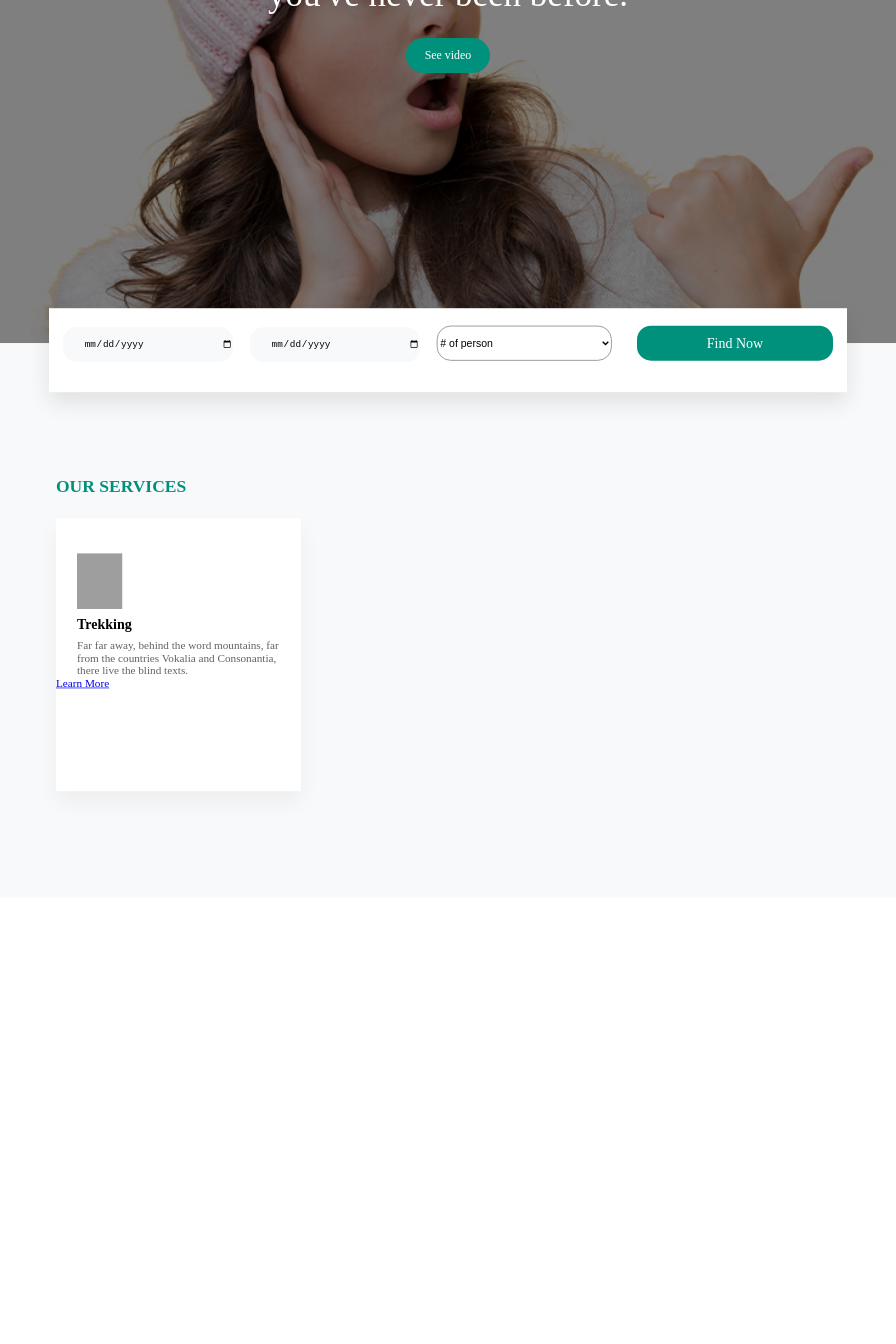
Repository: nhutduy0803/template1
Page: index.html
These files come from the project's save history. The page is drawn as it stood at one moment and after the next save; the edit follows.
The browser window is 1280 px wide. The pictures show the part of the page from y = 446 to 2366 px (the page is 5000 px tall), at 70% of full size.
Pictures or frames that could not be fetched are drawn as grey boxes.

Above is the page before, as saved 2021-11-28 13:17:35.

### index.html
<!DOCTYPE html>
<html lang="en">
  <head>
    <meta charset="UTF-8" />
    <meta http-equiv="X-UA-Compatible" content="IE=edge" />
    <meta name="viewport" content="width=device-width, initial-scale=1.0" />
    <title>TEMPLATE</title>
    <link rel="stylesheet" href="./assets/css/style.css" />
    <link
      rel="stylesheet"
      href="./assets/css/font/fontawesome-free-5.15.4-web/css/all.min.css"
    />
  </head>
  <body>
    <div id="main">
      <div class="slider">
        <div class="header">
          <h2>Hotell</h2>
          <div class="nav">
            <ul>
              <li>Home</li>
              <li>
                Destination
                <i class="fas fa-chevron-down"></i>
                <div class="subnav-one">
                  <ul class="sub-nav">
                    <span>Menu one</span>
                    <span>Menu two</span>
                    <span
                      >Dropdown <i class="fas fa-angle-right"></i>
                      <ul class="sub-nav-two">
                        <span>Menu one</span>
                        <span>Menu two</span>
                        <span>Menu three</span>
                      </ul>
                    </span>
                  </ul>
                </div>
              </li>
              <li>Services</li>
              <li>About</li>
              <li>Contact</li>
            </ul>
            <h3><i class="fas fa-phone-alt"></i> 123 489 9381</h3>
            <p>Once a year go someplace <br />you've never been before.</p>
            <a class="seevideo" href="#">See video</a>
          </div>
          <div class="modal-slider">
            <input type="date" name="" id="" />
            <input type="date" />
            <div class="select-person">
              <select id="number-of-person" class="form-control">
                <option value="#of person"># of person</option>
                <option value="0">0</option>
                <option value="1">1</option>
                <option value="2">2</option>
                <option value="3">3</option>
                <option value="4">4</option>
                <option value="5">5</option>
              </select>
            </div>
            <div class="find-now">Find Now</div>
          </div>
        </div>
        <!-- <img src="./assets/css/img/slider.webp" alt="" /> -->
      </div>
      <div class="card">
        <h2>OUR SERVICES</h2>
        <div class="card-children">
          <div class="img-card">
            <img src="./assets/css/img/trekking.png" alt="" />
          </div>
          <h3>Trekking</h3>
          <p>
            Far far away, behind the word mountains, far from the countries
            Vokalia and Consonantia, there live the blind texts.
          </p>
          <a href="#">Learn More</a>
        </div>
      </div>
    </div>
  </body>
</html>

### assets/css/style.css
* {
  margin: 0;
  padding: 0;
  box-sizing: border-box;
}

#main {
  width: 100%;
  height: 5000px;
  background: #fff;
}
.header img {
  width: 100%;
  height: 100%;
}

.header {
  position: relative;
  width: 100%;
  height: 130vh;
  background: linear-gradient(rgba(0, 0, 0, 0.5), rgba(0, 0, 0, 0.5)),
    url("./img/slider.webp") top center / cover no-repeat;
}

.header h3 {
  position: absolute;
  top: 45px;
  right: 100px;
  color: #fff;
  font-size: 15px;
}

.header h2 {
  color: #fff;
  top: 40px;
  position: absolute;
  left: 50px;
}

.nav ul li {
  transition: 0.2s;
  margin: 0 10px;
  display: inline-block;
  color: rgba(221, 221, 221, 0.705);
}

.nav li:hover {
  transition: 0.2s;
  color: #fff;
}

.nav ul li:nth-child(1) {
  color: #fff;
}

.nav {
  padding-top: 45px;
  text-align: center;
}

ul .fa-chevron-down {
  font-size: 10px;
}

.nav ul li:nth-child(2) {
  position: relative;
  transition: 0.3s;
  margin: 0 -35px;
}

.nav ul li:nth-child(2):hover .sub-nav {
  opacity: 1;
  bottom: 10px;
}

.sub-nav {
  border-radius: 10px;
  background: #fff;
  height: 130px;
  width: 180px;
  position: absolute;
  color: #000;
  opacity: 0;
  transition: 0.3s;
  bottom: 0;
}

.subnav-one {
  position: relative;
  height: 150px;
  width: 180px;
}

.sub-nav span {
  padding-right: 70px;
  padding-top: 20px;
  display: block;
}

.sub-nav span:hover {
  color: #00917c;
  transition: 0.2s;
}

.sub-nav span .fa-angle-right {
  position: absolute;
  right: 20px;
}

.sub-nav span:nth-child(3) {
  position: relative;
}

.sub-nav span:nth-child(3):hover .sub-nav-two {
  opacity: 1;
  margin-top: -25px;
}

.sub-nav-two {
  margin-top: 0px;
  margin-left: 180px;
  background: #fff;
  height: 130px;
  width: 180px;
  position: absolute;
  border-radius: 10px;
  color: #000;
  opacity: 0;
  transition: 0.3s;
}

.fa-phone-alt {
  position: absolute;
  left: -55px;
  top: -9px;
  background: rgba(255, 255, 255, 0.2);
  border-radius: 50%;
  height: 40px;
  width: 40px;
  padding-top: 13px;
  color: #fff;
  transition: 0.2s;
  font-size: 15px;
}

.fa-phone-alt:hover {
  border: 2px solid #fff;
  transition: 0.2s;
}

.header p {
  transform: translate(-50%);
  left: 50%;
  color: #fff;
  position: absolute;
  top: 350px;
  font-size: 50px;
}

.seevideo {
  position: absolute;
  top: 500px;
  left: 50%;
  transform: translate(-50%);
  width: 120px;
  height: 50px;
  background: #00917c;
  color: #fff;
  border-radius: 25px;
  display: flex;
  justify-content: center;
  align-items: center;
  text-decoration: none;
  font-size: 17px;
}

.modal-slider {
  z-index: 2;
  width: 1140px;
  height: 120px;
  background: #fff;
  position: absolute;
  bottom: -70px;
  left: 50%;
  transform: translate(-50%);
  box-shadow: 0 15px 30px 0 rgb(0 0 0 / 10%);
}

.modal-slider input {
  margin-top: 27px;
  margin-left: 50px;
  border-radius: 20px;
  background: #f8f9fa;
  padding-left: 30px;
  border: none;
  height: 50px;
  width: 243px;
}

.modal-slider ::-webkit-input-placeholder {
  color: rgba(0, 0, 0, 0.726);
  font-size: 15px;
}

.modal-slider .fa-calendar-alt {
  margin-left: -30px;
}

.modal-slider input {
  margin-left: 20px;
}

.date {
  position: absolute;
  top: 0px;
  width: 200px;
  height: 300px;
  background: #fff;
  z-index: 1;
}

.select-person {
  background: #f8f9fa;
  border-radius: 20px;
  height: 50px;
  width: 250px;
  display: inline-block;
  color: #000;
  margin-left: 20px;
}

.form-control {
  border-radius: 20px;
  background: #fff;
  height: 50px;
  width: 250px;
  color: #000;
  font-size: 15px;
}

.find-now {
  position: absolute;
  right: 20px;
  background: #00917c;
  border-radius: 20px;
  height: 50px;
  width: 280px;
  display: inline-block;
  display: flex;
  justify-content: center;
  align-items: center;
  color: #fff;
  top: 25px;
  font-size: 20px;
}

.find-now:active {
  border: 3px solid #3cc7b2;
}

.card {
  height: 110vh;
  width: 100%;
  background: #f8f9fa;
  position: relative;
}

.card h2 {
  font-weight: 700;
  position: absolute;
  left: 80px;
  top: 190px;
  font-size: 25px;
  color: #00917c;
}

.card-children {
  position: absolute;
  left: 80px;
  top: 250px;
  background: #fff;
  height: 390px;
  width: 350px;
  box-shadow: 0 15px 30px 0 rgb(0 0 0 / 5%);
}

.img-card {
  margin-top: 50px;
  margin-left: 30px;
  width: 65px;
  height: 80px;
}

.img-card img {
  width: 100%;
  height: 100%;
}

.card-children h3 {
  margin-top: 10px;
  margin-left: 30px;
  font-size: 20px;
}

.card-children p {
  margin-top: 10px;
  margin-left: 30px;
  color: #535252e8;
}

Loaded but not shown: assets/css/font/fontawesome-free-5.15.4-web/css/all.min.css (library)

After the next save:
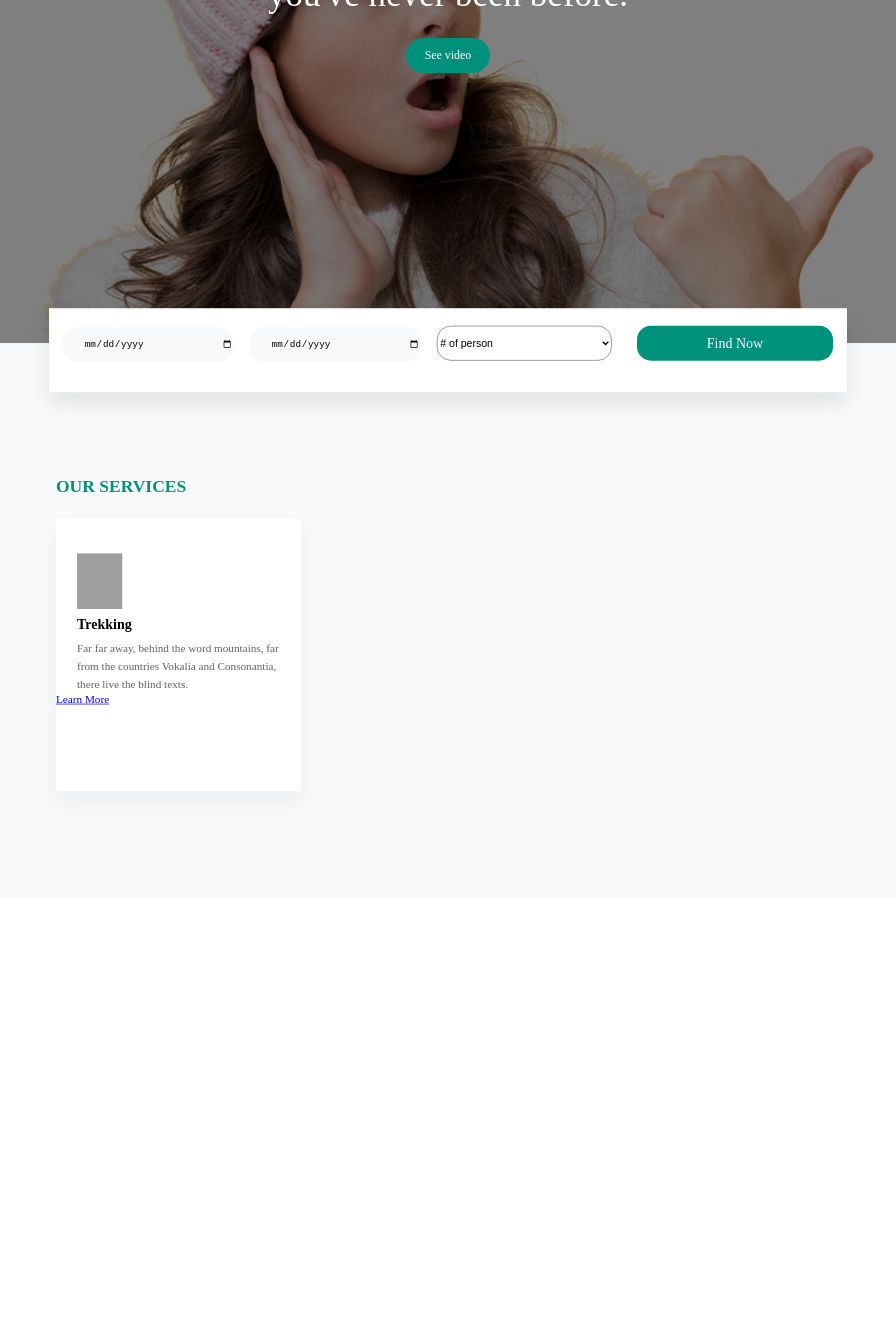
Saved 7 s later.
--- a/assets/css/style.css
+++ b/assets/css/style.css
@@ -306,4 +306,5 @@ ul .fa-chevron-down {
   margin-top: 10px;
   margin-left: 30px;
   color: #535252e8;
-}
+  line-height: 1.6;
+}
